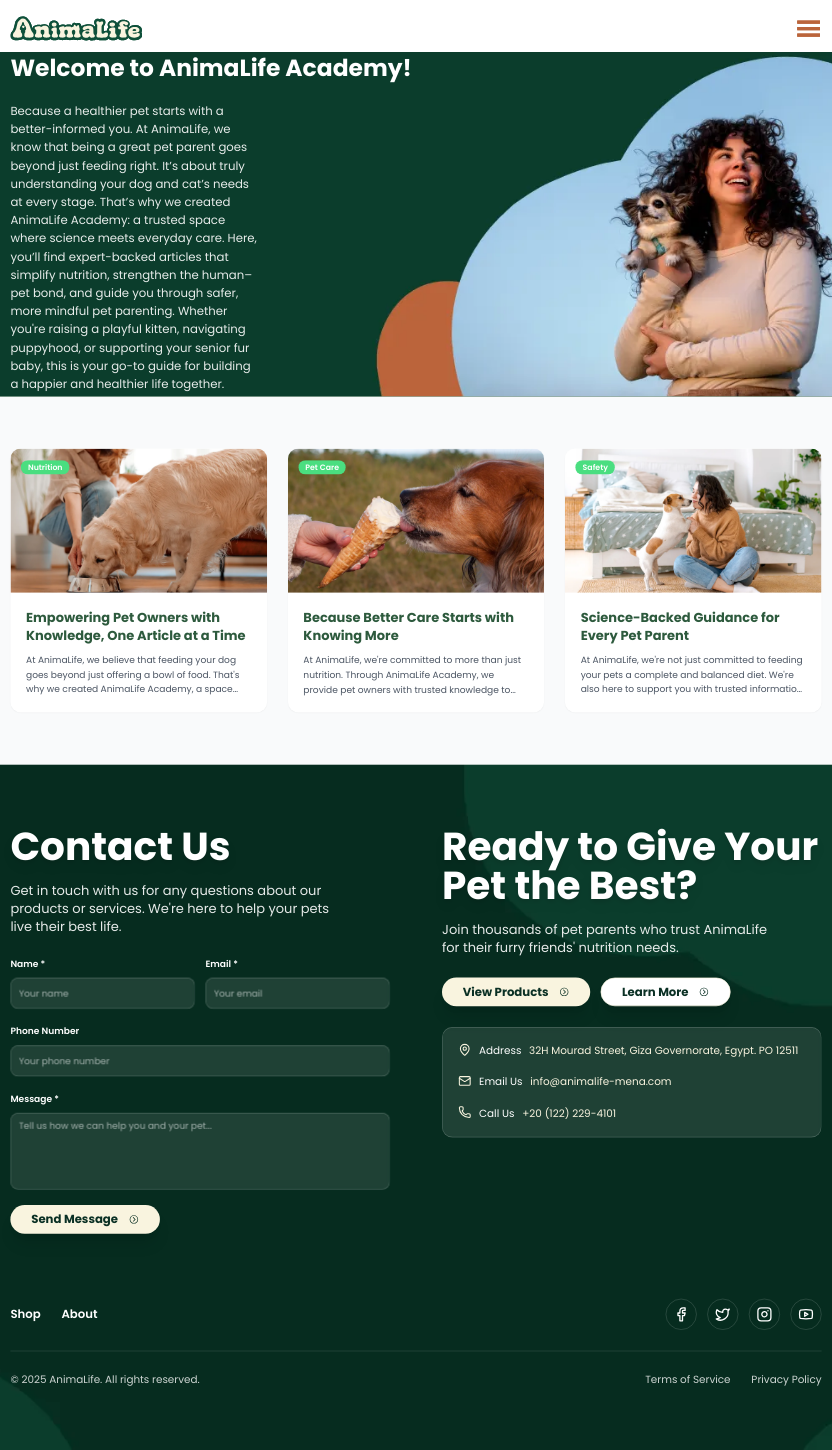
Repository: the-jupiteragency/animalife
Page: /academy
An editor plug-in stored every save of this project. The page is shown before and after the next save, followed by the edit.
The browser window is 1280 px wide. The pictures show the whole page, at 65% of full size.
The project was rebuilt for these pictures with package versions that can differ from the ones it lists, and the page was loaded fresh each time. The framework's server and built-in components were replaced by stand-ins that run in the browser. Also part of the build but not shown: next.config.mjs.

Above is the page before, as saved 2025-08-10 17:36:51.

After the next save:
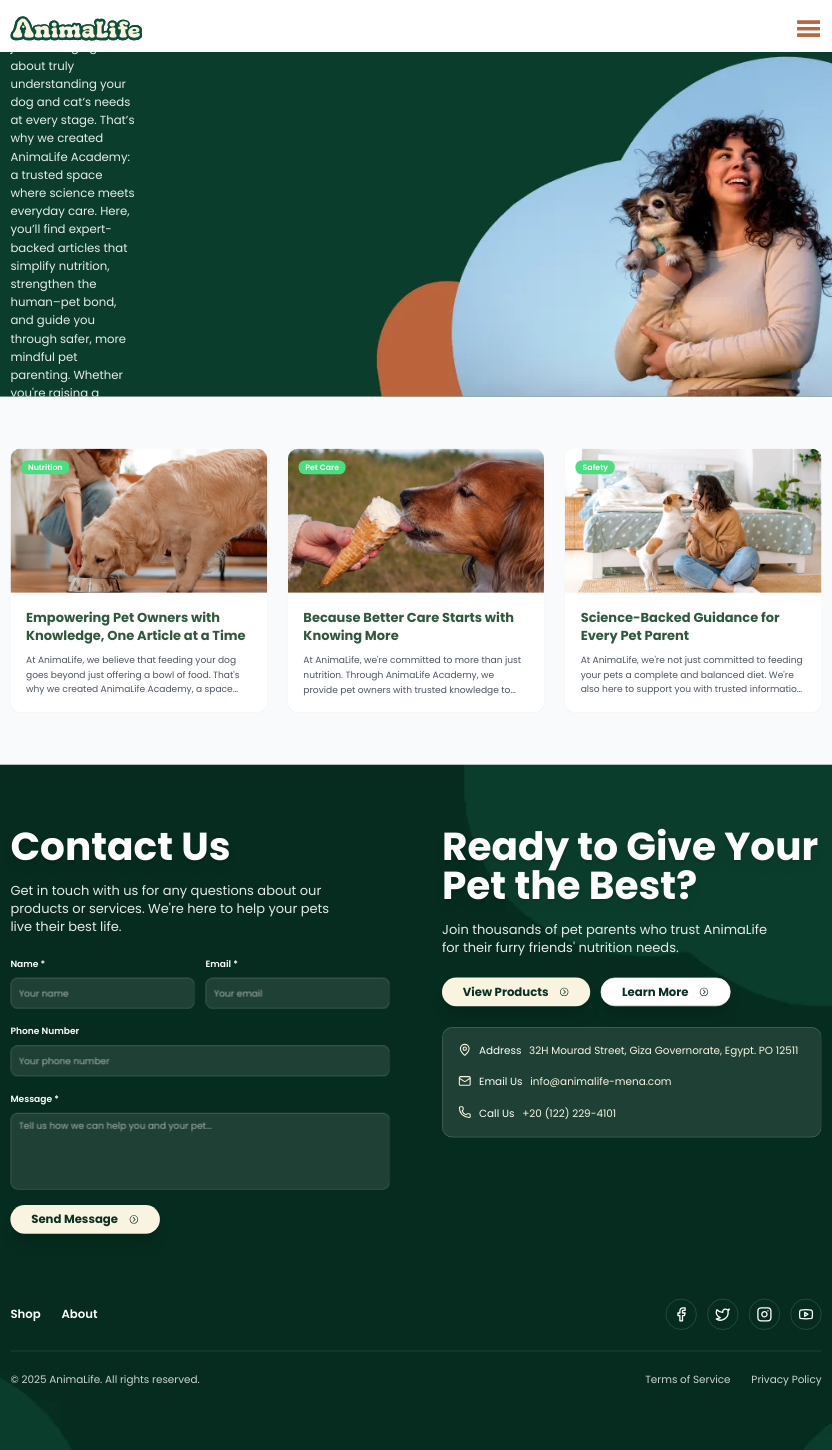
Saved 8 s later.
--- a/app/academy/page.tsx
+++ b/app/academy/page.tsx
@@ -33,7 +33,7 @@
               <h1 className="text-4xl md:text-5xl lg:text-4xl font-bold text-white mb-8 leading-tight">
                 Welcome to AnimaLife Academy!
               </h1>
-              <p className="w-2/4 text-lg md:text-lg text-white/90 leading-relaxed">
+              <p className="w-[200px] text-lg md:text-lg text-white/90 leading-relaxed">
                 Because a healthier pet starts with a better-informed you. At
                 AnimaLife, we know that being a great pet parent goes beyond
                 just feeding right. It’s about truly understanding your dog and
